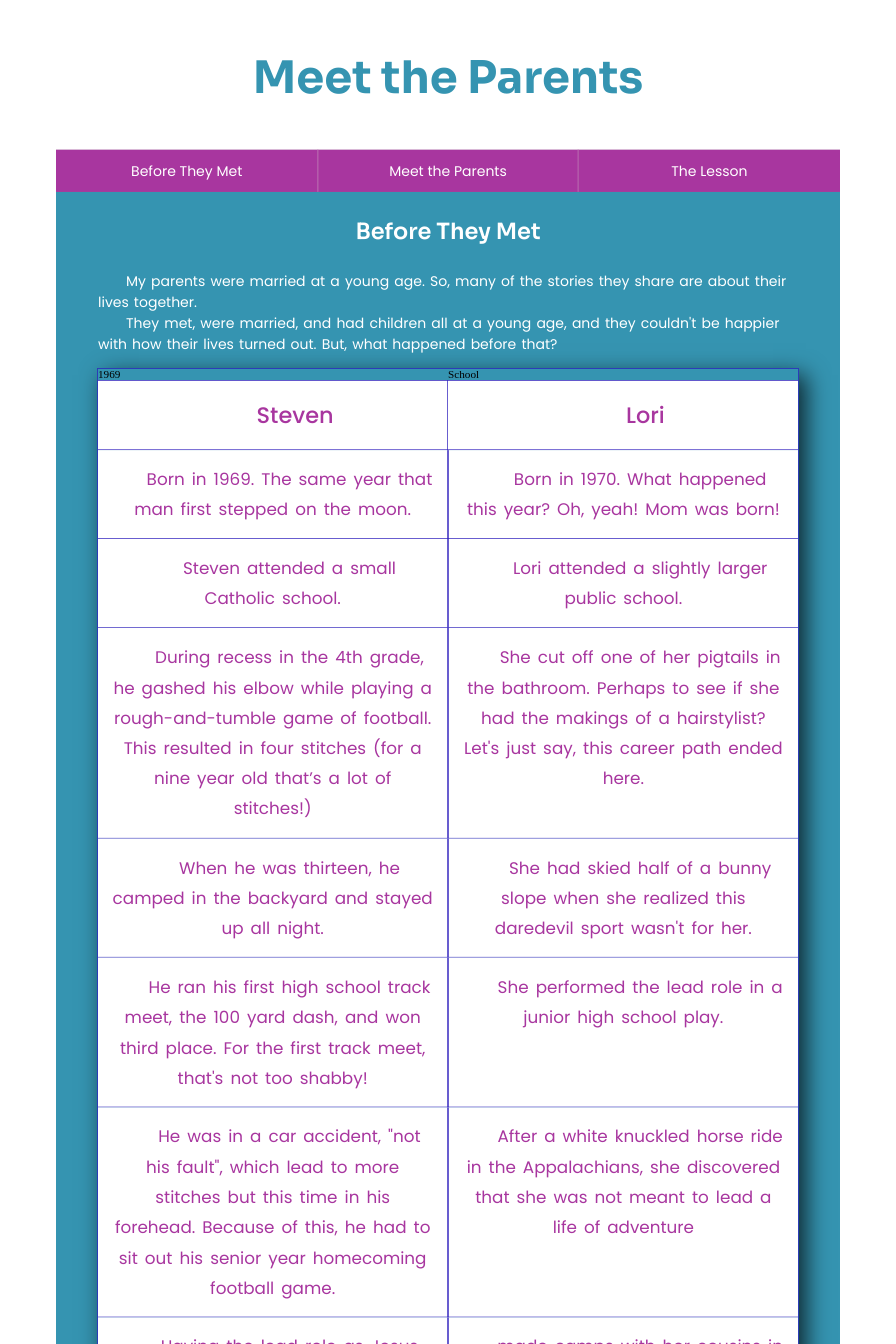
Repository: Sbethm/parents-tribute
Page: timeline.html
These files come from the project's save history. The page is drawn as it stood at one moment and after the next save; the edit follows.
The browser window is 1280 px wide. The pictures show the part of the page from y = 0 to 1920 px (the page is 3468 px tall before and 3452 px after), at 70% of full size.

Above is the page before, as saved 2021-02-24 13:25:32.

After the next save:
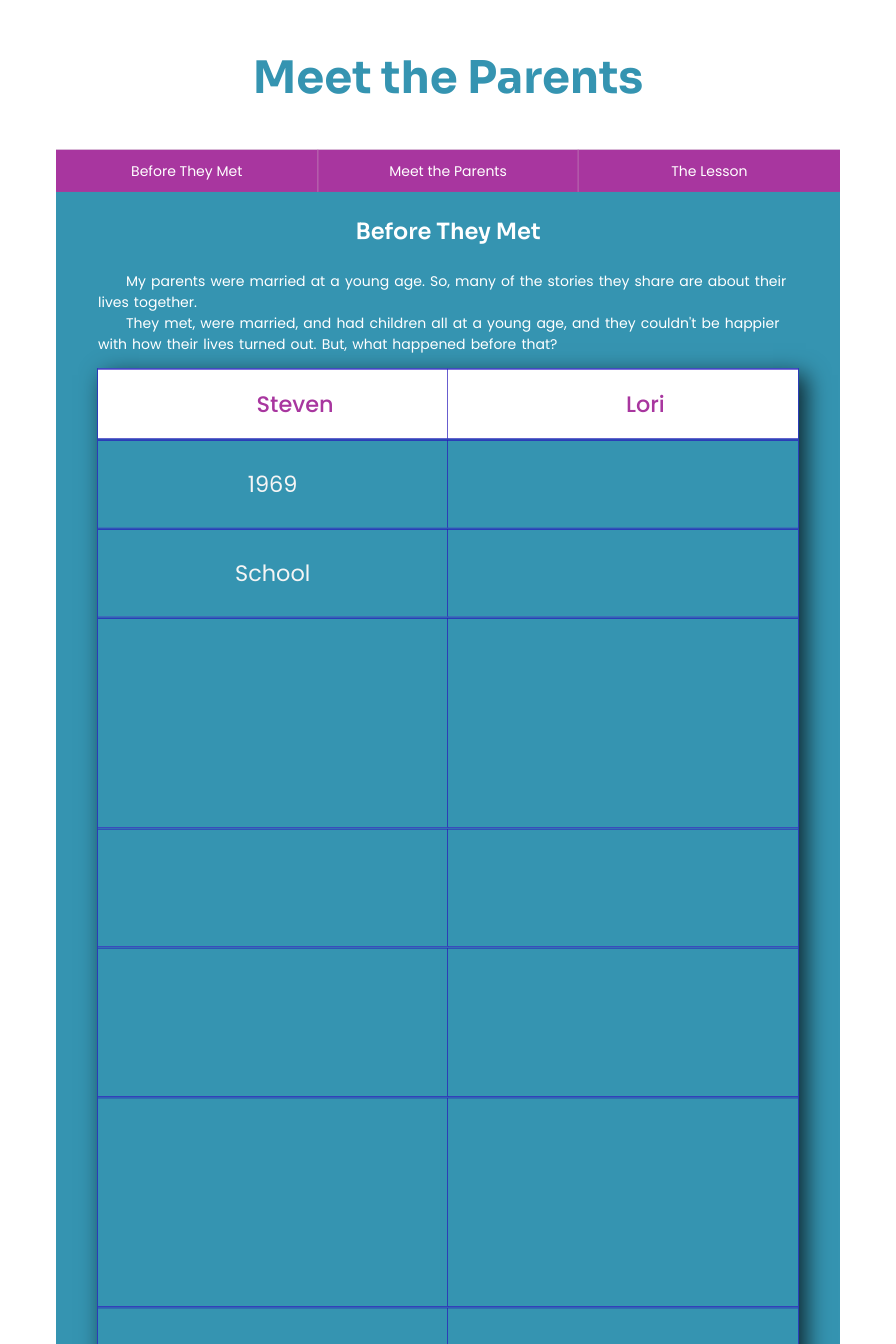
Saved 38 s later.
--- a/style.css
+++ b/style.css
@@ -339,15 +339,114 @@ footer {
     border-right: solid 1px rgb(40, 23, 187);
 }
 
-.cover {
-    display: none;
-}
-
-.cover:hover {
-    color: rgb(245, 245, 245, 0);
-    background-color: rgb(65, 175, 209, 0);
+
+.cover__left {
+    z-index: 2;
+    color:rgb(245, 245, 245);
+    font-family: 'Poppins', sans-serif;
+    text-align: center;
+    font-size: 2em;
+    background-color: rgb(53, 148, 177);
+    border-top: double 3px rgb(40, 23, 187);
+    border-right: solid 1px rgb(40, 23, 187);
+    display: flex;
+    justify-content: center;
+    align-items: center;
+}
+
+.cover__right {
+    z-index: 2;
+    color:rgb(245, 245, 245);
+    font-family: 'Poppins', sans-serif;
+    text-align: center;
+    font-size: 2em;
+    background-color: rgb(53, 148, 177);
+    border-top: double 3px rgb(40, 23, 187);
+
+    display: flex;
+    justify-content: center;
+    align-items: center;
+
+}
+
+.cover__left:hover,
+.cover__right:hover {
     animation-name: fade;
     animation-duration: 1s;
+    animation-fill-mode: forwards;
+}
+
+@keyframes fade {
+    0% {
+        background-color: rgb(53, 148, 177);
+    }
+    100% {
+        background-color: rgb(65, 175, 209, 0);
+    }
+}
+
+.f-1__cover {
+    grid-area: f-1;
+}
+
+.f-2__cover {
+    grid-area: f-2;
+}
+
+.f-3__cover {
+    grid-area: f-3;
+}
+
+.f-4__cover {
+    grid-area: f-4;
+}
+
+.f-5__cover {
+    grid-area: f-5;
+}
+
+.f-6__cover {
+    grid-area: f-6;
+}
+
+.f-7__cover {
+    grid-area: f-7;
+}
+
+.f-8__cover {
+    grid-area: f-8;
+}
+
+.m-1__cover {
+    grid-area: m-1;
+}
+
+.m-2__cover {
+    grid-area: m-2;
+}
+
+.m-3__cover {
+    grid-area: m-3;
+}
+
+.m-4__cover {
+    grid-area: m-4;
+}
+
+.m-5__cover {
+    grid-area: m-5;
+}
+
+.m-6__cover {
+    grid-area: m-6;
+}
+
+.m-7__cover {
+    grid-area: m-7;
+}
+
+.m-8__cover {
+    grid-area: m-8;
 }
 
 .m-1 {
